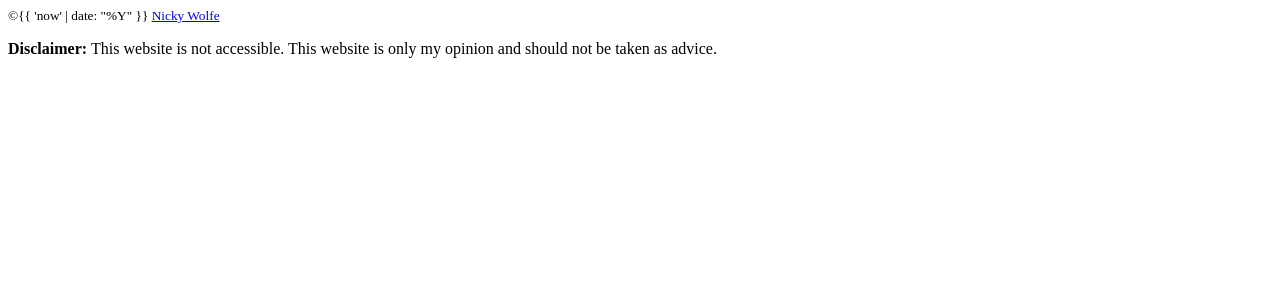
Repository: nikkitaylorwolfe/wcag-in-english
Page: _includes/footer.html
These files come from the project's save history. The page is drawn as it stood at one moment and after the next save; the edit follows.
The browser window is 1280 px wide. The pictures show the whole page.

Above is the page before, as saved 2022-11-18 14:08:04.

After the next save:
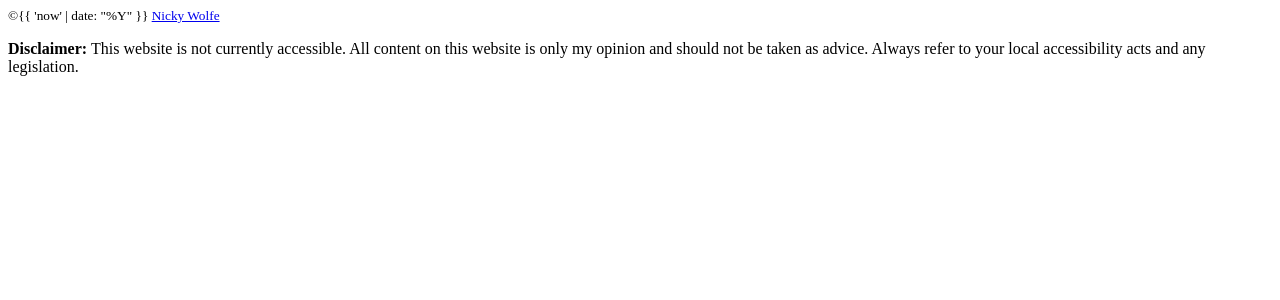
Saved 8 min 24 s later.
--- a/_includes/footer.html
+++ b/_includes/footer.html
@@ -8,12 +8,14 @@
                         </a>
                     </small>
                 </div>
-                <p class="p col-7-13 m-col-1-9 s-col-1-5">
-                    <strong>
-                        Disclaimer:
-                    </strong>
-                    This website is not accessible. This website is only my opinion and should not be taken as advice.
-                </p>
+                <div class="col-7-13 m-col-1-9 s-col-1-5">
+                    <p class="p">
+                        <strong>
+                            Disclaimer:
+                        </strong>
+                        This website is not currently accessible. All content on this website is only my opinion and should not be taken as advice. Always refer to your local accessibility acts and any legislation.
+                    </p>
+                </div>
             </div>
         </footer>
     </body>
